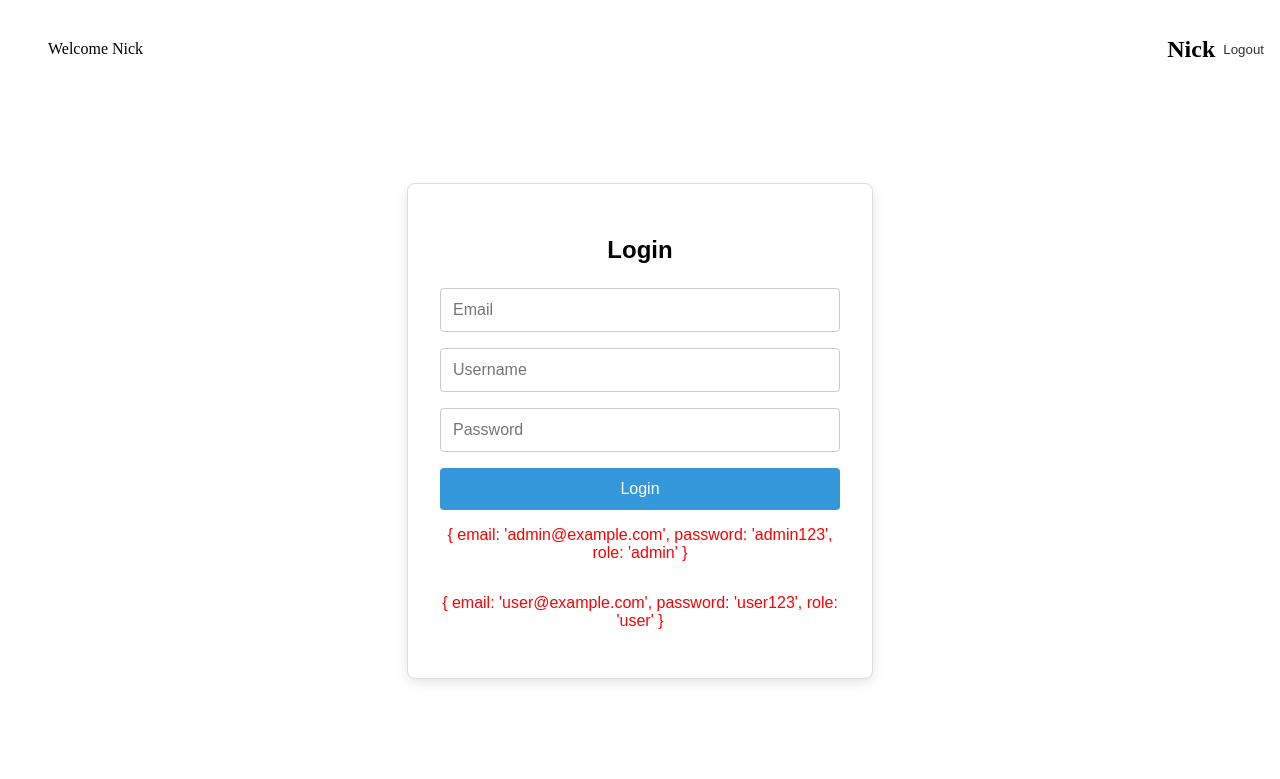
Repository: Edmund-Kiama/todoPHP
Page: / (app in task-manager-frontend/)
The author's editor kept a copy of each file at every save. The page is drawn from the files as they stood at one save, then again after a run of saves.
The browser window is 1280 px wide. The pictures show the whole page.
The project was rebuilt for these pictures with package versions that can differ from the ones it lists, and the page was loaded fresh each time. Also part of the build but not shown: task-manager-frontend/vite.config.js, task-manager-frontend/src/components/Admin/admin.css, task-manager-frontend/src/components/Admin/AdminDashboard.vue, task-manager-frontend/src/components/User/user.css, task-manager-frontend/src/components/User/UserDashboard.vue.

Above is the page before, as saved 2025-07-12 21:56:52.

### task-manager-frontend/src/App.vue
<script setup>
  import Navbar from './components/Navbar/Navbar.vue';
  import { store } from './store';
</script>

<template>
  <Navbar />
  <router-view />
</template>

### task-manager-frontend/src/router/index.js
import { createRouter, createWebHistory } from 'vue-router';
import Login from '../components/Login/Login.vue';
import AdminDashboard from '../components/Admin/AdminDashboard.vue';
import UserDashboard from '../components/User/UserDashboard.vue';

const routes = [
  { path: '/', name: 'Login', component: Login },
  { path: '/admin', name: 'AdminDashboard', component: AdminDashboard },
  { path: '/user', name: 'UserDashboard', component: UserDashboard }
];

const router = createRouter({
  history: createWebHistory(),
  routes
});

export default router;

### task-manager-frontend/src/components/Navbar/Navbar.vue

<template>
  <nav v-if="store.user.loggedIn" class="navbar">
    <ul>
      <li v-if="user.role === 'admin'">Welcome Admin {{ user.username }}</li>
      <li v-if="user.role === 'user'">Welcome {{ user.username }}</li>
      <li>
        <h2 >{{user.username}}</h2>
        <button @click="logout">Logout</button>
      </li>
    </ul>
  </nav>
</template>

<script setup>
  import "./nav.css"
  import { store } from '../../store'
  import { useRouter } from 'vue-router'

  const router = useRouter()

  const user = store.user
  if (!user.loggedIn) router.push('/')

  function logout() {
    store.user.role = null
    store.user.loggedIn = false
    localStorage.removeItem('token')
    router.push('/')
  }
</script>

### task-manager-frontend/src/store.js
import { reactive } from 'vue'

export const store = reactive({
  user: {
    role: "user",
    loggedIn: true,
    username: "Nick"
  },
})

### task-manager-frontend/src/components/Login/Login.vue
<script setup>
    import './login.css'
    import { ref } from 'vue';
    import { useRouter } from 'vue-router';

    const email = ref('');
    const name = ref('');
    const password = ref('');
    const error = ref('');
    const router = useRouter();

    const login = () => {
        const users = [
        { email: 'admin@example.com', password: 'admin123', role: 'admin' },
        { email: 'user@example.com', password: 'user123', role: 'user' },
        ];

        const user = users.find(
            (u) => u.email === email.value && u.password === password.value
        );

        if (!user) error.value = "Invalid credentials"
        if (user?.role === 'admin') router.push('/admin');
        if (user?.role === 'user') router.push('/user');
    };
</script>

<template>
    <div class="login-container">
        <h2>Login</h2>
        <form @submit.prevent="login">
            <input v-model="email" placeholder="Email" required />
            <input v-model="name" placeholder="Username" required />
            <input type="password" v-model="password" placeholder="Password" required />
            <button>Login</button>
            <p v-if="error">{{ error }}</p>
            <p>{ email: 'admin@example.com', password: 'admin123', role: 'admin' }</p>
            <p>{ email: 'user@example.com', password: 'user123', role: 'user' }</p>
        </form>
    </div>
</template>

### task-manager-frontend/src/components/Navbar/nav.css
.navbar {
    background: white;
}
.navbar ul {
    display: flex;
    justify-content: space-between;
    align-items: center;
    gap: 1rem;
    list-style: none;
    font-size: 1em;
}
.navbar ul li {
    display: flex;
    align-items: center;
}
.navbar button {
    text-decoration: none;
    background: none;
    border: none;
    padding: 0.5rem;
    border-radius: 5px;
    color: #333;
    transition: all;
    transition-duration: 300ms;
    cursor: pointer;
}
.navbar button:hover {
    background-color:  #3498db;
    color: white;
}

### task-manager-frontend/src/components/Login/login.css

.login-container {
    max-width: 400px;
    margin: 100px auto;
    padding: 2rem;
    border: 1px solid #ddd;
    border-radius: 8px;
    background-color: #fff;
    box-shadow: 0 4px 12px rgba(0,0,0,0.1);
    font-family: Arial, sans-serif;
  }

  .login-container h2 {
    text-align: center;
    margin-bottom: 1.5rem;
  }

  .login-container form {
    display: flex;
    flex-direction: column;
  }

  .login-container input {
    padding: 0.75rem;
    margin-bottom: 1rem;
    border: 1px solid #ccc;
    border-radius: 4px;
    font-size: 1rem;
  }

  .login-container button {
    padding: 0.75rem;
    background-color: #3498db;
    color: white;
    font-size: 1rem;
    border: none;
    border-radius: 4px;
    cursor: pointer;
  }

  .login-container button:hover {
    background-color: #2980b9;
  }

  .login-container p {
    color: red;
    text-align: center;
    margin-top: 1rem;
  }

Loaded but not shown: task-manager-frontend/index.html (common file); task-manager-frontend/src/main.js (common file)

After the next 2 saves:
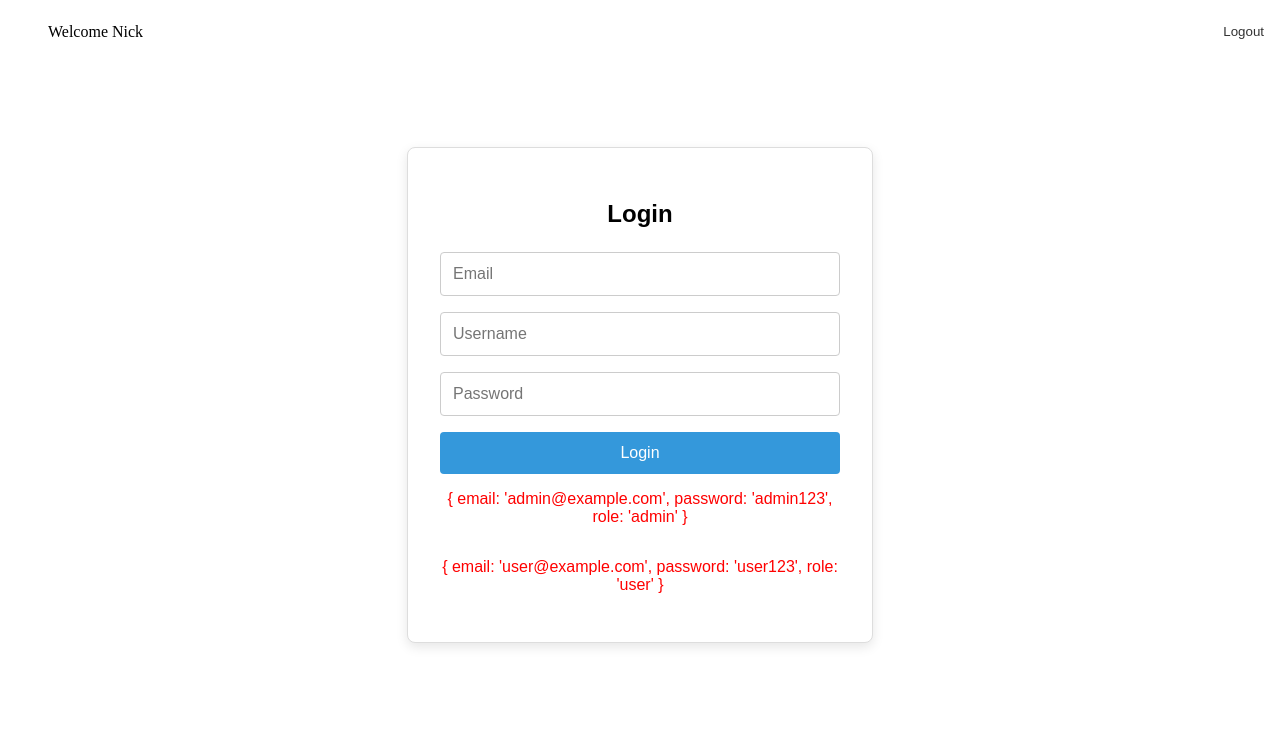
The 2 saves are shown as one change because they came seconds apart.
The last was saved 13 s later.
--- a/task-manager-frontend/src/components/Navbar/Navbar.vue
+++ b/task-manager-frontend/src/components/Navbar/Navbar.vue
@@ -4,10 +4,7 @@
     <ul>
       <li v-if="user.role === 'admin'">Welcome Admin {{ user.username }}</li>
       <li v-if="user.role === 'user'">Welcome {{ user.username }}</li>
-      <li>
-        <h2 >{{user.username}}</h2>
-        <button @click="logout">Logout</button>
-      </li>
+      <li><button @click="logout">Logout</button></li>
     </ul>
   </nav>
 </template>
